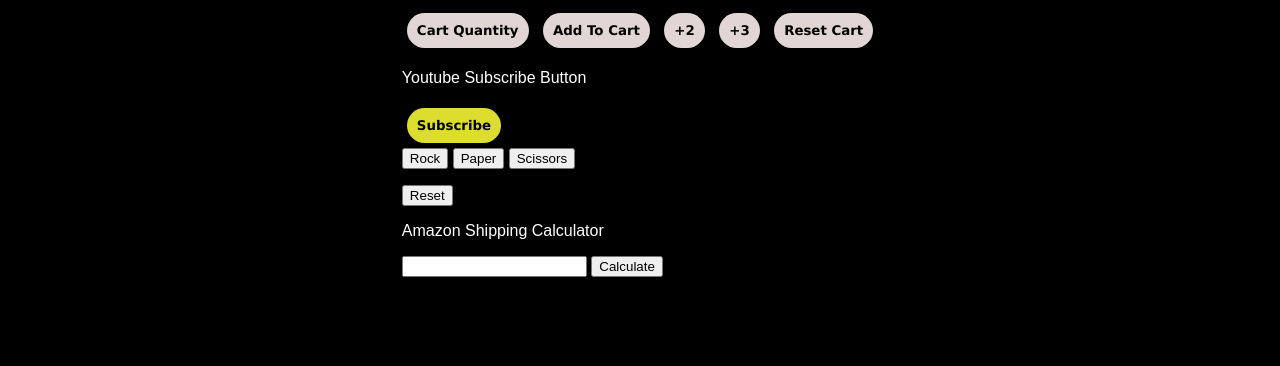
Repository: EguJaredoBoyd/Jared-Learning-Projects
Page: javascript-tutorial.html
The author's editor kept a copy of each file at every save. The page is drawn from the files as they stood at one save, then again after the next save.
The browser window is 1280 px wide. The pictures show the whole page.

Above is the page before, as saved 2025-07-06 22:23:57.

### javascript-tutorial.html
<!DOCTYPE html>
<html lang="en">
<head>
    <meta charset="UTF-8">
    <meta name="viewport" content="width=device-width, initial-scale=1.0">
    <title>Document</title>
    <link rel="stylesheet" href="javascript-tutorial.css">
    <script src="javacript-tutorial.js" defer></script>
</head>
<body>
    <main>
        <section class="cart-class">
            <button onclick="cartDisplay()">Cart Quantity</button>
            <button onclick="addCart();
            cartDisplay()">Add To Cart</button>
            <button onclick="addCart2();
            cartDisplay()">+2</button>
            <button onclick="addCart3();
            cartDisplay()">+3</button>
            <button onclick="cartReset();
            cartDisplay()">Reset Cart</button>

            <p id="cart-quantity"></p>
            <p>Youtube Subscribe Button</p>
            <button onclick="subscribe()" class="sub-button">Subscribe</button>
        </section>

        <section class="game-play">
            <button onclick="selectRock()" class="rock">Rock</button>
            <button onclick="selectPaper()">Paper</button>
            <button onclick="selectScissors()">Scissors</button>
            <p class="win-paragraph"></p>
            <p class="move-paragraph"></p>
            <p class="score-paragraph"></p>
            <button onclick="selectReset()">Reset</button>
        </section>

        <section class="amazon-calculator">
            <p>Amazon Shipping Calculator</p>
            <input type="text" class="amazon-cost" onkeydown="handleCost(event)">
            <button onclick="calculateTotal()">Calculate</button>
            <p class="shipping-cost"></p>
        </section>
    </main>

</body>
</html>

### javascript-tutorial.css
body{
    font-family: Arial, Helvetica, sans-serif;
    background-color: black;
    display: flex;
    flex-wrap: wrap;
    justify-content: center;
    padding-top: auto;

}
.cart-class button{
    padding: 10px;
    margin: 5px;
    font-weight: bold;
    font-family: Verdana, Geneva, Tahoma, sans-serif;
    border: none;
    border-radius: 50px;

}
.cart-class button:not(.sub-button){
    background-color: rgb(225, 213, 213);

}
.sub-button{
    background-color: rgb(221, 221, 48);
}
p{
    color: white;
}

### javacript-tutorial.js
let cartQuantity = 0;
function cartDisplay(){
    document.getElementById('cart-quantity').innerHTML = cartQuantity;
};

function addCart(){
    cartQuantity = cartQuantity + 1;
};

function addCart2(){
    cartQuantity += 2;
};

function addCart3(){
    cartQuantity += 3;
};

function cartReset(){
    alert("Cart has been reset");
    cartQuantity = 0;
};

function subscribe () {
    let subClick = document.querySelector('.sub-button');
        if (subClick.innerHTML === 'Subscribe') {
            subClick.innerHTML = 'Subscribed';
        } else{
            subClick.innerHTML = 'Subscribe'

        }
    }




let computerMove = '';
let score = {
    wins: 0,
    losses: 0,
    ties: 0
};

// ✅ Fix 1: Load saved score if it exists in localStorage
const storage = localStorage.getItem('gameScore');
if (storage) {
    score = JSON.parse(storage);
}

console.log(score); // Optional: Just to confirm score is loaded

function selectRock() {
    // ✅ Fix 2: New random number every time the function runs
    let randomNumber = Math.random();

    if (randomNumber >= 0 && randomNumber < 1 / 3) {
        computerMove = 'rock';
    } else if (randomNumber >= 1 / 3 && randomNumber < 2 / 3) {
        computerMove = 'paper';
    } else {
        computerMove = 'scissors';
    }

    let result = '';
    if (computerMove === 'rock') {
        result = 'tie';
    } else if (computerMove === 'paper') {
        result = 'lose';
    } else if (computerMove === 'scissors') {
        result = 'win';
    }

    let newResult = '';
    if (result === 'win') {
        score.wins += 1;
        newResult = 'wins!';
    } else if (result === 'lose') {
        score.losses += 1;
        newResult = 'losses!';
    } else {
        score.ties += 1;
        newResult = 'ties!';
    }

    // ✅ Fix 3: Save updated score to localStorage
    localStorage.setItem('gameScore', JSON.stringify(score));

    let newScore, valueOne, valueTwo, outcomeOne, outcomeTwo;

    if (newResult === 'wins!') {
        newScore = score.wins;
        valueOne = score.losses;
        outcomeOne = 'losses';
        valueTwo = score.ties;
        outcomeTwo = 'ties';
    } else if (newResult === 'losses!') {
        newScore = score.losses;
        valueOne = score.wins;
        outcomeOne = 'wins';
        valueTwo = score.ties;
        outcomeTwo = 'ties';
    } else {
        newScore = score.ties;
        valueOne = score.wins;
        outcomeOne = 'wins';
        valueTwo = score.losses;
        outcomeTwo = 'losses';
    }

    alert(`You picked rock and the computer picked ${computerMove}, you ${result}!
You have ${newScore} ${newResult}, ${valueOne} ${outcomeOne}, and ${valueTwo} ${outcomeTwo}`);

    let rock = document.querySelector('.win-paragraph');
    rock.innerHTML = (`You picked rock and the computer picked ${computerMove}, you ${result}!
    You have ${newScore} ${newResult}, ${valueOne} ${outcomeOne}, and ${valueTwo} ${outcomeTwo}`);

    let rockMove = document.querySelector('.move-paragraph');
    rockMove.innerHTML = (`You - rock : ${computerMove} - Computer`);

    let rockScore = document.querySelector('.score-paragraph');
    rockScore.innerHTML = (`You ${result}!`)

}

function selectPaper() {
    let randomNumber = Math.random();

    if (randomNumber >= 0 && randomNumber < 1 / 3) {
        computerMove = 'rock';
    } else if (randomNumber >= 1 / 3 && randomNumber < 2 / 3) {
        computerMove = 'paper';
    } else {
        computerMove = 'scissors';
    }

    let result = '';
    if (computerMove === 'paper') {
        result = 'tie';
    } else if (computerMove === 'scissors') {
        result = 'lose';
    } else if (computerMove === 'rock') {
        result = 'win';
    }

    let newResult = '';
    if (result === 'win') {
        score.wins += 1;
        newResult = 'wins!';
    } else if (result === 'lose') {
        score.losses += 1;
        newResult = 'losses!';
    } else {
        score.ties += 1;
        newResult = 'ties!';
    }

    localStorage.setItem('gameScore', JSON.stringify(score));

    let newScore, valueOne, valueTwo, outcomeOne, outcomeTwo;

    if (newResult === 'wins!') {
        newScore = score.wins;
        valueOne = score.losses;
        outcomeOne = 'losses';
        valueTwo = score.ties;
        outcomeTwo = 'ties';
    } else if (newResult === 'losses!') {
        newScore = score.losses;
        valueOne = score.wins;
        outcomeOne = 'wins';
        valueTwo = score.ties;
        outcomeTwo = 'ties';
    } else {
        newScore = score.ties;
        valueOne = score.wins;
        outcomeOne = 'wins';
        valueTwo = score.losses;
        outcomeTwo = 'losses';
    }

    alert(`You picked paper and the computer picked ${computerMove}, you ${result}!
You have ${newScore} ${newResult}, ${valueOne} ${outcomeOne}, and ${valueTwo} ${outcomeTwo}`);

    let paper = document.querySelector('.win-paragraph');
        paper.innerHTML = `You picked paper and the computer picked ${computerMove}, you ${result}!
You have ${newScore} ${newResult}, ${valueOne} ${outcomeOne}, and ${valueTwo} ${outcomeTwo}`;

    let paperMove = document.querySelector('.move-paragraph');
    paperMove.innerHTML = (`You - paper : ${computerMove} - Computer`);

    let paperScore = document.querySelector('.score-paragraph');
    paperScore.innerHTML = (`You ${result}!`)


}

function selectScissors() {
    let randomNumber = Math.random();

    if (randomNumber >= 0 && randomNumber < 1 / 3) {
        computerMove = 'rock';
    } else if (randomNumber >= 1 / 3 && randomNumber < 2 / 3) {
        computerMove = 'paper';
    } else {
        computerMove = 'scissors';
    }

    let result = '';
    if (computerMove === 'scissors') {
        result = 'tie';
    } else if (computerMove === 'rock') {
        result = 'lose';
    } else if (computerMove === 'paper') {
        result = 'win';
    }

    let newResult = '';
    if (result === 'win') {
        score.wins += 1;
        newResult = 'wins!';
    } else if (result === 'lose') {
        score.losses += 1;
        newResult = 'losses!';
    } else {
        score.ties += 1;
        newResult = 'ties!';
    }

    localStorage.setItem('gameScore', JSON.stringify(score));

    let newScore, valueOne, valueTwo, outcomeOne, outcomeTwo;

    if (newResult === 'wins!') {
        newScore = score.wins;
        valueOne = score.losses;
        outcomeOne = 'losses';
        valueTwo = score.ties;
        outcomeTwo = 'ties';
    } else if (newResult === 'losses!') {
        newScore = score.losses;
        valueOne = score.wins;
        outcomeOne = 'wins';
        valueTwo = score.ties;
        outcomeTwo = 'ties';
    } else {
        newScore = score.ties;
        valueOne = score.wins;
        outcomeOne = 'wins';
        valueTwo = score.losses;
        outcomeTwo = 'losses';
    }

    alert(`You picked scissors and the computer picked ${computerMove}, you ${result}!
You have ${newScore} ${newResult}, ${valueOne} ${outcomeOne}, and ${valueTwo} ${outcomeTwo}`);

    let scissors = document.querySelector('.win-paragraph');
    scissors.innerHTML = (`You picked scissors and the computer picked ${computerMove}, you ${result}!
You have ${newScore} ${newResult}, ${valueOne} ${outcomeOne}, and ${valueTwo} ${outcomeTwo}`);

    let scissorsMove = document.querySelector('.move-paragraph');
    scissorsMove.innerHTML = (`You - scissors : ${computerMove} - Computer`);

    let scissorsScore = document.querySelector('.score-paragraph');
    scissorsScore.innerHTML = (`You ${result}!`)

}

function selectReset() {
    score = {
        wins: 0,
        losses: 0,
        ties: 0
    };

    // ✅ Fix 4: Clear the score from localStorage too
    localStorage.removeItem('gameScore');

    alert(`Your score has been reset.`);

    let scoreReset = document.querySelector('.win-paragraph');
    scoreReset.innerHTML = ('Your score has been reset.');

    let resetMove = document.querySelector('.move-paragraph');
    resetMove.innerHTML = (``);

    let resetScore = document.querySelector('.score-paragraph');
    resetScore.innerHTML = (``)
};

function calculateTotal() {
    const amazonCost = document.querySelector('.amazon-cost');
    let cost = Number(amazonCost.value);

    let amount = 50;
    if (cost < amount) {
        cost = cost + 10;

    }

    document.querySelector('.shipping-cost').innerHTML = cost;
    console.log(cost);



};

function handleCost(event) {
    if (event.key === 'Enter') {
        calculateTotal();
    }
};

After the next save:
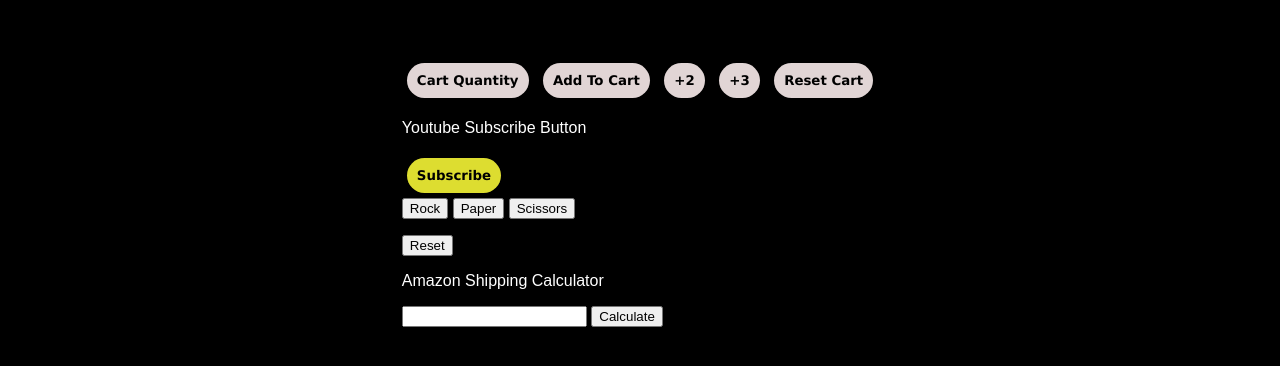
Saved 11 s later.
--- a/javascript-tutorial.css
+++ b/javascript-tutorial.css
@@ -4,7 +4,7 @@ body{
     display: flex;
     flex-wrap: wrap;
     justify-content: center;
-    padding-top: auto;
+    padding-top: 50px;
 
 }
 .cart-class button{
